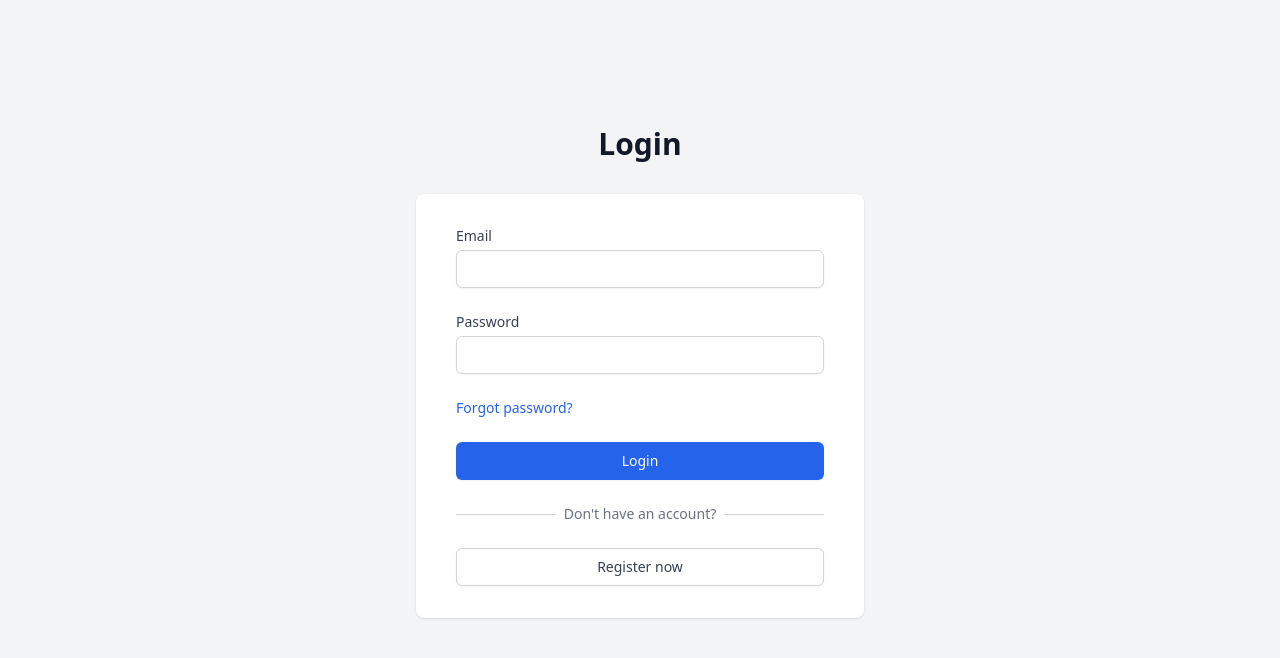
Repository: sotowang/app-landing-page
Page: /login
The author's editor kept a copy of each file at every save. The page is drawn from the files as they stood at one save, then again after the next save.
The browser window is 1280 px wide. The pictures show the whole page.
The page's requests for data from a server got no answer. The project was rebuilt for these pictures with package versions that can differ from the ones it lists, and the page was loaded fresh each time. The framework's server and built-in components were replaced by stand-ins that run in the browser. No one was signed in, and anything a server would have sent is missing. Also part of the build but not shown: next.config.js.

Above is the page before, as saved 2025-05-23 22:15:19.

### app/layout.tsx
import './globals.css'
import type { Metadata } from 'next'

export const metadata: Metadata = {
  title: 'MeetingGPT - AI-powered Meeting Assistant',
  description: 'MeetingGPT is an innovative desktop application that processes audio content in real-time, providing customized intelligent responses.',
  metadataBase: new URL('https://paddle-app-showcase.vercel.app'),
}

export default function RootLayout({
  children,
}: {
  children: React.ReactNode
}) {
  return (
    <html lang="en" className="scroll-smooth dark">
      <head>
        <meta name="viewport" content="width=device-width, initial-scale=1.0" />
        <meta httpEquiv="Content-Security-Policy" content="
          default-src 'self';
          script-src 'self' 'unsafe-inline' 'unsafe-eval' https://cdn.paddle.com;
          connect-src 'self' https://*.paddle.com http://127.0.0.1:8082 http://localhost:8082;
          frame-src 'self' https://*.paddle.com;
          style-src 'self' 'unsafe-inline' https://cdn.paddle.com;
          img-src 'self' data: https://*.paddle.com https://*.paddlecdn.com;
        " />
      </head>
      <body className="min-h-screen antialiased bg-white dark:bg-gray-900 text-black dark:text-white">{children}</body>
    </html>
  )
}

### app/login/page.tsx
"use client";

import React, { useState, useEffect } from 'react';
import { useRouter, useSearchParams } from 'next/navigation';
import Link from 'next/link';
import authService from '../../src/services/authService';
import { enTranslations } from '../../src/translations';

export default function LoginPage() {
  const router = useRouter();
  const searchParams = useSearchParams();
  const t = enTranslations.auth.login;

  // 获取URL参数
  const redirectUri = searchParams.get('redirect_uri');
  const clientId = searchParams.get('client_id');
  const state = searchParams.get('state');
  const responseType = searchParams.get('response_type');

  // 是否是桌面应用登录
  const isDesktopLogin = redirectUri && redirectUri.startsWith('meetinggpt://');

  const [email, setEmail] = useState('');
  const [password, setPassword] = useState('');
  const [loading, setLoading] = useState(false);
  const [error, setError] = useState('');
  const [success, setSuccess] = useState('');

  // 表单验证状态
  const [emailError, setEmailError] = useState('');
  const [passwordError, setPasswordError] = useState('');

  // 验证邮箱格式
  const validateEmail = (email: string): boolean => {
    const re = /^[^\s@]+@[^\s@]+\.[^\s@]+$/;
    const isValid = re.test(email);
    setEmailError(isValid ? '' : t.emailInvalid);
    return isValid;
  };

  // 验证表单
  const validateForm = (): boolean => {
    let isValid = true;

    if (!email) {
      setEmailError(t.emailRequired);
      isValid = false;
    } else if (!validateEmail(email)) {
      isValid = false;
    }

    if (!password) {
      setPasswordError(t.passwordRequired);
      isValid = false;
    } else {
      setPasswordError('');
    }

    return isValid;
  };

  // 处理登录
  const handleLogin = async (e: React.FormEvent) => {
    e.preventDefault();

    if (!validateForm()) {
      return;
    }

    setLoading(true);
    setError('');
    setSuccess('');

    try {
      const response = await authService.login(email, password);

      // 保存令牌和用户信息
      authService.saveToken(response.token);
      authService.saveUser(response.user);

      setSuccess(t.success);

      // 如果是桌面应用登录，重定向回应用
      if (isDesktopLogin && redirectUri) {
        // 使用登录成功后的token作为授权码的一部分，确保安全性
        // 在实际生产环境中，应该从后端获取专门的授权码
        const authCode = response.token.substring(0, 10) + Math.random().toString(36).substring(2, 7);

        // 构建重定向URL，包含所有必要参数
        let redirectUrl = `${redirectUri}?code=${authCode}`;

        // 添加原始请求中的参数
        if (state) {
          redirectUrl += `&state=${state}`;
        }
        if (responseType) {
          redirectUrl += `&response_type=${responseType}`;
        }
        if (clientId) {
          redirectUrl += `&client_id=${clientId}`;
        }

        // 在页面上显示重定向URL（仅用于调试）
        const debugElement = document.createElement('div');
        debugElement.className = 'mt-4 p-3 bg-gray-100 rounded text-xs overflow-auto';
        debugElement.style.maxWidth = '100%';
        debugElement.style.wordBreak = 'break-all';
        debugElement.innerHTML = `<strong>Redirect URL:</strong> ${redirectUrl}`;

        // 将调试信息添加到页面
        const successElement = document.querySelector('.bg-green-50');
        if (successElement && successElement.parentNode) {
          successElement.parentNode.insertBefore(debugElement, successElement.nextSibling);
        }

        // 添加一个按钮，让用户可以手动点击重定向
        const redirectButton = document.createElement('button');
        redirectButton.className = 'mt-4 w-full flex justify-center py-2 px-4 border border-transparent rounded-md shadow-sm text-sm font-medium text-white bg-green-600 hover:bg-green-700 focus:outline-none focus:ring-2 focus:ring-offset-2 focus:ring-green-500';
        redirectButton.innerHTML = 'Click to redirect to desktop app';
        redirectButton.onclick = function() {
          window.location.href = redirectUrl;
        };

        if (successElement && successElement.parentNode) {
          successElement.parentNode.insertBefore(redirectButton, debugElement.nextSibling);
        }

        // 在控制台打印重定向URL
        console.log('Redirecting to desktop app:', redirectUrl);
        console.log('Original params:', {
          redirectUri,
          clientId,
          state,
          responseType
        });

        // 延迟1秒后重定向，让用户有时间看到成功消息
        setTimeout(() => {
          console.log('Executing redirect now...');
          window.location.href = redirectUrl;
          console.log('Redirect executed');
        }, 1000);
      } else {
        // 普通Web登录，重定向到首页
        setTimeout(() => {
          router.push('/');
        }, 1000);
      }
    } catch (err: any) {
      setError(err.message || t.error);
    } finally {
      setLoading(false);
    }
  };

  // 添加一个状态来确保只在客户端渲染
  const [mounted, setMounted] = useState(false);

  // 在组件挂载后设置状态
  useEffect(() => {
    setMounted(true);

    // 在控制台打印URL参数，用于调试
    console.log('Login page loaded with params:', {
      redirectUri,
      clientId,
      state,
      responseType,
      isDesktopLogin
    });
  }, [redirectUri, clientId, state, responseType, isDesktopLogin]);

  // 如果组件尚未挂载，返回一个简单的加载状态
  if (!mounted) {
    return (
      <div className="min-h-screen bg-gray-100 flex flex-col justify-center py-12 sm:px-6 lg:px-8">
        <div className="sm:mx-auto sm:w-full sm:max-w-md">
          <h2 className="mt-6 text-center text-3xl font-extrabold text-gray-900">
            {t.title}
          </h2>
        </div>
      </div>
    );
  }

  return (
    <div className="min-h-screen bg-gray-100 flex flex-col justify-center py-12 sm:px-6 lg:px-8">
      <div className="sm:mx-auto sm:w-full sm:max-w-md">
        <h2 className="mt-6 text-center text-3xl font-extrabold text-gray-900">
          {t.title}
        </h2>
        {isDesktopLogin ? (
          <p className="mt-2 text-center text-sm text-gray-600">
            Login to connect to MeetingGPT desktop application
          </p>
        ) : null}
      </div>

      <div className="mt-8 sm:mx-auto sm:w-full sm:max-w-md">
        <div className="bg-white py-8 px-4 shadow sm:rounded-lg sm:px-10">
          {error ? (
            <div className="mb-4 bg-red-50 border border-red-200 text-red-700 px-4 py-3 rounded">
              {error}
            </div>
          ) : null}

          {success ? (
            <div className="mb-4 bg-green-50 border border-green-200 text-green-700 px-4 py-3 rounded">
              {success}
            </div>
          ) : null}

          <form className="space-y-6" onSubmit={handleLogin}>
            <div>
              <label htmlFor="email" className="block text-sm font-medium text-gray-700">
                {t.email}
              </label>
              <div className="mt-1">
                <input
                  id="email"
                  name="email"
                  type="email"
                  autoComplete="email"
                  required
                  value={email}
                  onChange={(e) => {
                    setEmail(e.target.value);
                    if (e.target.value) validateEmail(e.target.value);
                  }}
                  className={`appearance-none block w-full px-3 py-2 border ${
                    emailError ? 'border-red-300' : 'border-gray-300'
                  } rounded-md shadow-sm placeholder-gray-400 focus:outline-none focus:ring-blue-500 focus:border-blue-500 sm:text-sm`}
                />
                {emailError ? (
                  <p className="mt-2 text-sm text-red-600">{emailError}</p>
                ) : null}
              </div>
            </div>

            <div>
              <label htmlFor="password" className="block text-sm font-medium text-gray-700">
                {t.password}
              </label>
              <div className="mt-1">
                <input
                  id="password"
                  name="password"
                  type="password"
                  autoComplete="current-password"
                  required
                  value={password}
                  onChange={(e) => {
                    setPassword(e.target.value);
                    if (passwordError) setPasswordError('');
                  }}
                  className={`appearance-none block w-full px-3 py-2 border ${
                    passwordError ? 'border-red-300' : 'border-gray-300'
                  } rounded-md shadow-sm placeholder-gray-400 focus:outline-none focus:ring-blue-500 focus:border-blue-500 sm:text-sm`}
                />
                {passwordError ? (
                  <p className="mt-2 text-sm text-red-600">{passwordError}</p>
                ) : null}
              </div>
            </div>

            <div className="flex items-center justify-between">
              <Link href="/reset-password" className="text-sm font-medium text-blue-600 hover:text-blue-500">
                {t.forgotPassword}
              </Link>
            </div>

            <div>
              <button
                type="submit"
                disabled={loading}
                className={`w-full flex justify-center py-2 px-4 border border-transparent rounded-md shadow-sm text-sm font-medium text-white bg-blue-600 hover:bg-blue-700 focus:outline-none focus:ring-2 focus:ring-offset-2 focus:ring-blue-500 ${
                  loading ? 'opacity-70 cursor-not-allowed' : ''
                }`}
              >
                {loading ? 'Processing...' : t.submit}
              </button>
            </div>
          </form>

          <div className="mt-6">
            <div className="relative">
              <div className="absolute inset-0 flex items-center">
                <div className="w-full border-t border-gray-300"></div>
              </div>
              <div className="relative flex justify-center text-sm">
                <span className="px-2 bg-white text-gray-500">
                  {t.noAccount}
                </span>
              </div>
            </div>
          </div>

          <div className="mt-6">
            <Link
              href="/register"
              className="w-full flex justify-center py-2 px-4 border border-gray-300 rounded-md shadow-sm text-sm font-medium text-gray-700 bg-white hover:bg-gray-50 focus:outline-none focus:ring-2 focus:ring-offset-2 focus:ring-blue-500"
            >
              {t.register}
            </Link>
          </div>
        </div>
      </div>
    </div>
  );
}

### src/services/authService.ts
"use client";

import { appConfig } from "../config/appConfig";

// 用户类型定义
export interface User {
  email: string;
  created_at: string;
}

// 登录响应类型
export interface LoginResponse {
  token: string;
  user: User;
}

// 错误响应类型
export interface ErrorResponse {
  error: string;
}

// 成功响应类型
export interface SuccessResponse {
  message: string;
}

// 认证服务类
class AuthService {
  private baseUrl: string;

  constructor() {
    this.baseUrl = appConfig.api.baseUrl;
  }

  /**
   * 用户登录
   * @param email 邮箱
   * @param password 密码
   * @returns 登录响应
   */
  async login(email: string, password: string): Promise<LoginResponse> {
    try {
      const response = await fetch(`${this.baseUrl}/api/v1/auth/login`, {
        method: 'POST',
        headers: {
          'Content-Type': 'application/json',
        },
        body: JSON.stringify({ email, password }),
      });

      if (!response.ok) {
        const errorData = await response.json();
        throw new Error(errorData.error || '登录失败');
      }

      return await response.json();
    } catch (error) {
      console.error('登录失败:', error);
      throw error;
    }
  }

  /**
   * 获取验证码
   * @param email 邮箱
   * @param type 验证码类型 (register | reset)
   * @returns 成功或错误响应
   */
  async getVerificationCode(email: string, type: 'register' | 'reset'): Promise<SuccessResponse> {
    try {
      const response = await fetch(`${this.baseUrl}/api/v1/auth/verification-code`, {
        method: 'POST',
        headers: {
          'Content-Type': 'application/json',
        },
        body: JSON.stringify({ email, type }),
      });

      if (!response.ok) {
        const errorData = await response.json();
        throw new Error(errorData.error || '获取验证码失败');
      }

      return await response.json();
    } catch (error) {
      console.error('获取验证码失败:', error);
      throw error;
    }
  }

  /**
   * 用户注册
   * @param email 邮箱
   * @param password 密码
   * @param verificationCode 验证码
   * @returns 成功或错误响应
   */
  async register(email: string, password: string, verificationCode: string): Promise<SuccessResponse> {
    try {
      const response = await fetch(`${this.baseUrl}/api/v1/auth/register`, {
        method: 'POST',
        headers: {
          'Content-Type': 'application/json',
        },
        body: JSON.stringify({ email, password, verification_code: verificationCode }),
      });

      if (!response.ok) {
        const errorData = await response.json();
        throw new Error(errorData.error || '注册失败');
      }

      return await response.json();
    } catch (error) {
      console.error('注册失败:', error);
      throw error;
    }
  }

  /**
   * 重置密码
   * @param email 邮箱
   * @param newPassword 新密码
   * @param verificationCode 验证码
   * @param token 可选的认证令牌
   * @returns 成功或错误响应
   */
  async resetPassword(
    email: string,
    newPassword: string,
    verificationCode: string,
    token?: string
  ): Promise<SuccessResponse> {
    try {
      const headers: Record<string, string> = {
        'Content-Type': 'application/json',
      };

      if (token) {
        headers['Authorization'] = `Bearer ${token}`;
      }

      const response = await fetch(`${this.baseUrl}/api/v1/user/change-password`, {
        method: 'PUT',
        headers,
        body: JSON.stringify({
          email,
          new_password: newPassword,
          verification_code: verificationCode,
        }),
      });

      if (!response.ok) {
        const errorData = await response.json();
        throw new Error(errorData.error || '密码重置失败');
      }

      return await response.json();
    } catch (error) {
      console.error('密码重置失败:', error);
      throw error;
    }
  }

  /**
   * 保存令牌到本地存储
   * @param token JWT令牌
   */
  saveToken(token: string): void {
    if (typeof window !== 'undefined') {
      localStorage.setItem('auth_token', token);
    }
  }

  /**
   * 保存用户信息到本地存储
   * @param user 用户信息
   */
  saveUser(user: User): void {
    if (typeof window !== 'undefined') {
      localStorage.setItem('auth_user', JSON.stringify(user));
    }
  }

  /**
   * 从本地存储获取令牌
   * @returns JWT令牌或null
   */
  getToken(): string | null {
    if (typeof window !== 'undefined') {
      return localStorage.getItem('auth_token');
    }
    return null;
  }

  /**
   * 从本地存储获取用户信息
   * @returns 用户信息或null
   */
  getUser(): User | null {
    if (typeof window !== 'undefined') {
      const userStr = localStorage.getItem('auth_user');
      if (userStr) {
        try {
          return JSON.parse(userStr);
        } catch (e) {
          console.error('解析用户信息失败:', e);
          return null;
        }
      }
    }
    return null;
  }

  /**
   * 从本地存储清除认证信息
   */
  clearAuth(): void {
    if (typeof window !== 'undefined') {
      localStorage.removeItem('auth_token');
      localStorage.removeItem('auth_user');
    }
  }

  /**
   * 检查用户是否已登录
   * @returns 是否已登录
   */
  isLoggedIn(): boolean {
    return !!this.getToken() && !!this.getUser();
  }

  /**
   * 用户登出
   */
  logout(): void {
    this.clearAuth();
    // 如果需要，可以在这里添加重定向到登录页面的逻辑
  }
}

// 导出单例实例
const authService = new AuthService();
export default authService;

### src/config/appConfig.ts
/**
 * 应用全局配置
 * 集中管理所有环境相关的配置，包括API端点、Paddle配置等
 */

// Paddle配置类型
interface PaddleConfig {
  clientToken: string;
  sandbox: boolean;
  vendorId: number;
}

// API配置类型
interface ApiConfig {
  baseUrl: string;
  endpoints: {
    paddleProducts: string;
  };
}

// 应用配置类型
interface AppConfig {
  paddle: PaddleConfig;
  api: ApiConfig;
}

// 开发环境配置
const DEV_CONFIG: AppConfig = {
  paddle: {
    clientToken: process.env.NEXT_PUBLIC_PADDLE_CLIENT_TOKEN || 'test_4e523c871a7228eca4b1c697774', // Sandbox环境token
    sandbox: process.env.NEXT_PUBLIC_PADDLE_SANDBOX === 'false' ? false : true,
    vendorId: parseInt(process.env.NEXT_PUBLIC_PADDLE_VENDOR_ID || '31639'), // Sandbox环境的vendorId
  },
  api: {
    baseUrl: process.env.NEXT_PUBLIC_API_BASE_URL || 'http://127.0.0.1:8082',
    endpoints: {
      paddleProducts: '/api/v1/paddle/products'
    }
  }
};

// 生产环境配置
const PROD_CONFIG: AppConfig = {
  paddle: {
    clientToken: process.env.NEXT_PUBLIC_PADDLE_CLIENT_TOKEN || '', // 生产环境token
    sandbox: process.env.NEXT_PUBLIC_PADDLE_SANDBOX === 'true', // 默认为false
    vendorId: parseInt(process.env.NEXT_PUBLIC_PADDLE_VENDOR_ID || '223419'), // 生产环境的vendorId
  },
  api: {
    baseUrl: process.env.NEXT_PUBLIC_API_BASE_URL || 'https://api.example.com', // 生产环境API基础URL
    endpoints: {
      paddleProducts: '/api/v1/paddle/products'
    }
  }
};

// 注意：我们不再使用测试环境配置，仅保留开发和生产环境配置

// 根据环境变量选择配置
function getConfig(): AppConfig {
  const env = process.env.NEXT_PUBLIC_APP_ENV || process.env.NODE_ENV || 'development';

  // 只有生产环境和开发环境
  return env === 'production' ? PROD_CONFIG : DEV_CONFIG;
}

// 导出当前环境的配置
export const appConfig = getConfig();

// 导出Paddle配置（向后兼容）
export const paddleConfig = appConfig.paddle;

// 辅助函数：获取完整的API URL
export function getApiUrl(endpoint: keyof AppConfig['api']['endpoints']): string {
  const { baseUrl, endpoints } = appConfig.api;
  return `${baseUrl}${endpoints[endpoint]}`;
}

// 辅助函数：获取Paddle产品API URL
export function getPaddleProductsApiUrl(includePrice: boolean = true): string {
  return `${getApiUrl('paddleProducts')}${includePrice ? '?include_prices=true' : ''}`;
}

export default appConfig;

Loaded but not shown: app/globals.css (common file); tailwind.config.js (16 lines, source omitted); src/translations/index.ts (473 lines, source omitted)

After the next save:
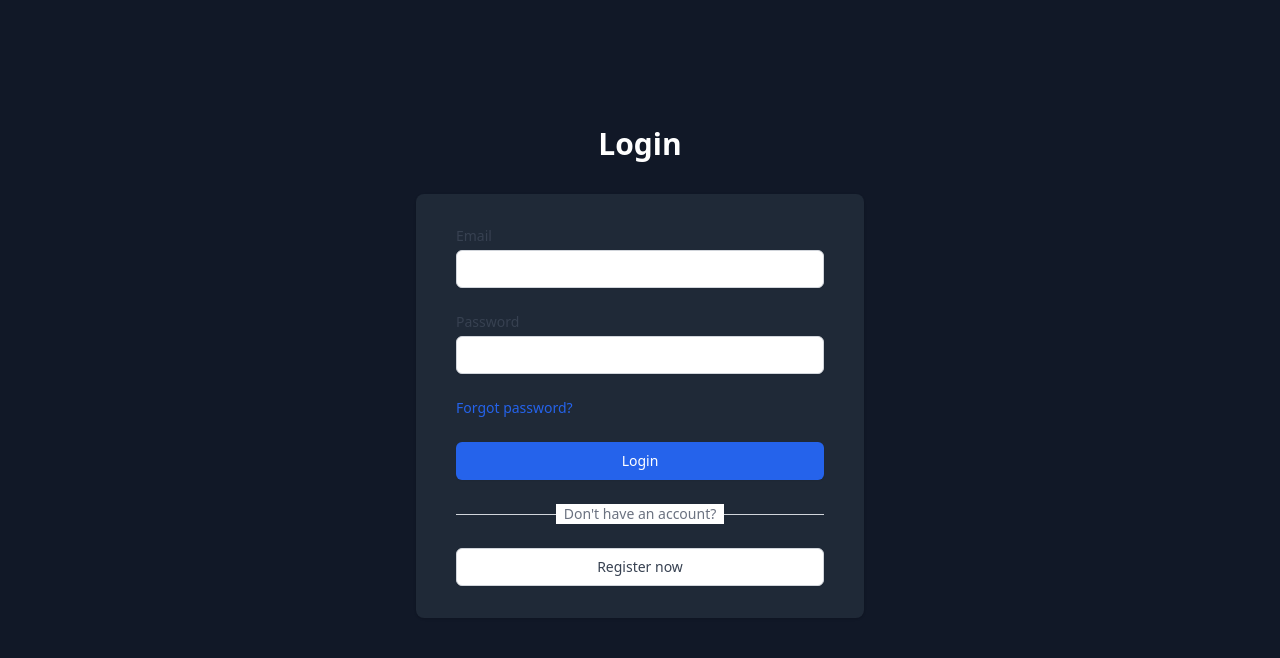
Saved 4 min 38 s later.
--- a/app/login/page.tsx
+++ b/app/login/page.tsx
@@ -173,9 +173,9 @@ export default function LoginPage() {
   // 如果组件尚未挂载，返回一个简单的加载状态
   if (!mounted) {
     return (
-      <div className="min-h-screen bg-gray-100 flex flex-col justify-center py-12 sm:px-6 lg:px-8">
+      <div className="min-h-screen bg-gray-900 flex flex-col justify-center py-12 sm:px-6 lg:px-8">
         <div className="sm:mx-auto sm:w-full sm:max-w-md">
-          <h2 className="mt-6 text-center text-3xl font-extrabold text-gray-900">
+          <h2 className="mt-6 text-center text-3xl font-extrabold text-white">
             {t.title}
           </h2>
         </div>
@@ -184,20 +184,20 @@ export default function LoginPage() {
   }
 
   return (
-    <div className="min-h-screen bg-gray-100 flex flex-col justify-center py-12 sm:px-6 lg:px-8">
+    <div className="min-h-screen bg-gray-900 flex flex-col justify-center py-12 sm:px-6 lg:px-8">
       <div className="sm:mx-auto sm:w-full sm:max-w-md">
-        <h2 className="mt-6 text-center text-3xl font-extrabold text-gray-900">
+        <h2 className="mt-6 text-center text-3xl font-extrabold text-white">
           {t.title}
         </h2>
         {isDesktopLogin ? (
-          <p className="mt-2 text-center text-sm text-gray-600">
+          <p className="mt-2 text-center text-sm text-gray-300">
             Login to connect to MeetingGPT desktop application
           </p>
         ) : null}
       </div>
 
       <div className="mt-8 sm:mx-auto sm:w-full sm:max-w-md">
-        <div className="bg-white py-8 px-4 shadow sm:rounded-lg sm:px-10">
+        <div className="bg-gray-800 py-8 px-4 shadow sm:rounded-lg sm:px-10">
           {error ? (
             <div className="mb-4 bg-red-50 border border-red-200 text-red-700 px-4 py-3 rounded">
               {error}
